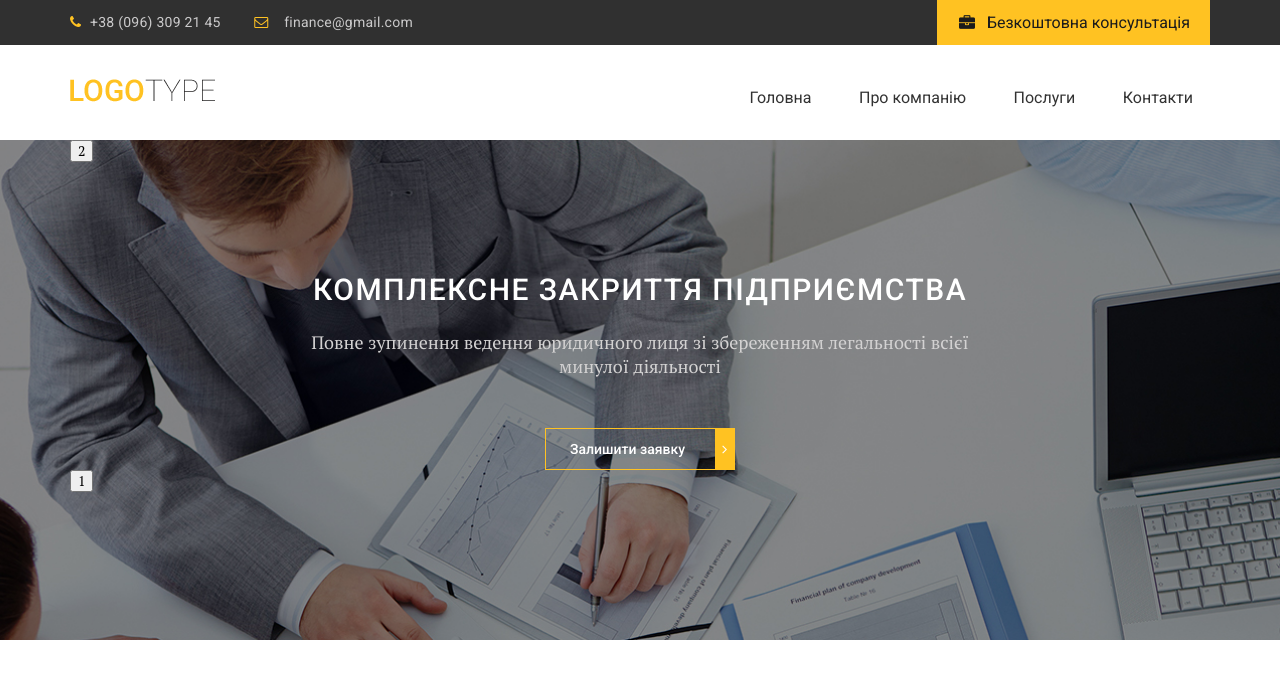
Repository: oliachipko/companysait
Page: index.html
These files come from the project's save history. The page is drawn as it stood at one moment and after the next save; the edit follows.
The browser window is 1280 px wide. The pictures show the whole page.

Above is the page before, as saved 2020-11-17 20:31:04.

After the next save:
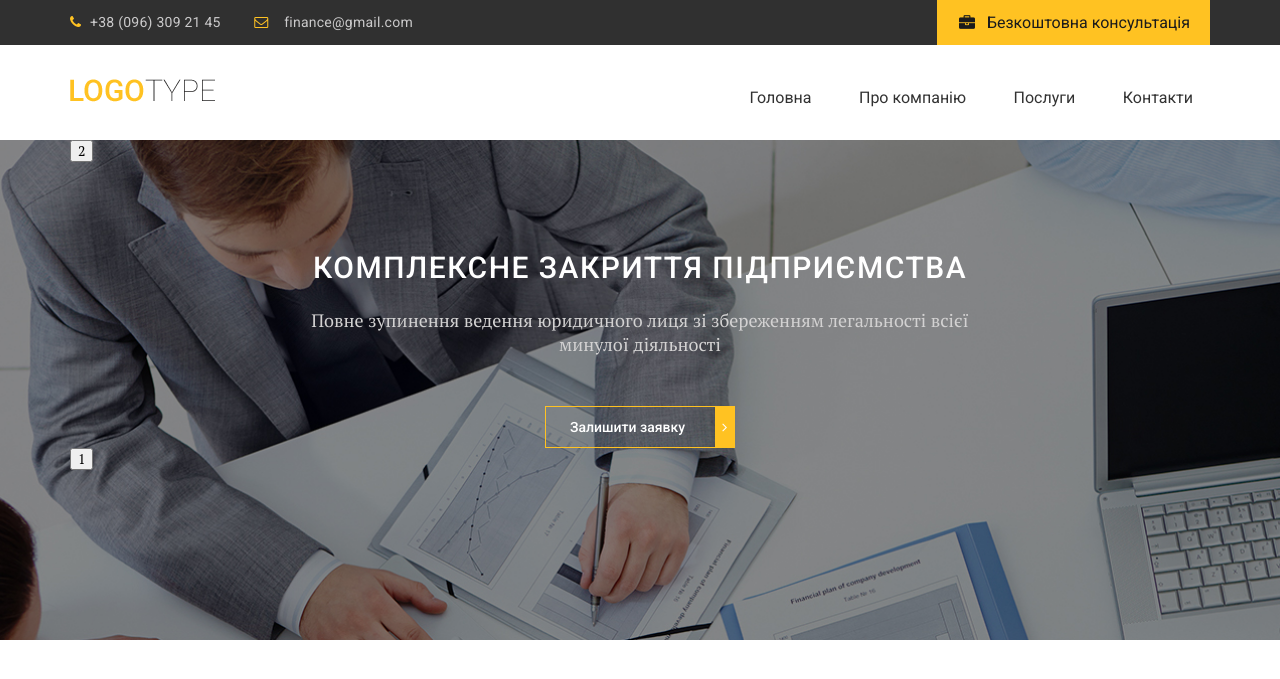
Saved 29 s later.
--- a/css/style.css
+++ b/css/style.css
@@ -166,5 +166,6 @@ header {
     position: relative;
 }
 .slick-btn {
-
+    position: absolute;
+    text-outline: 50%;
 }
